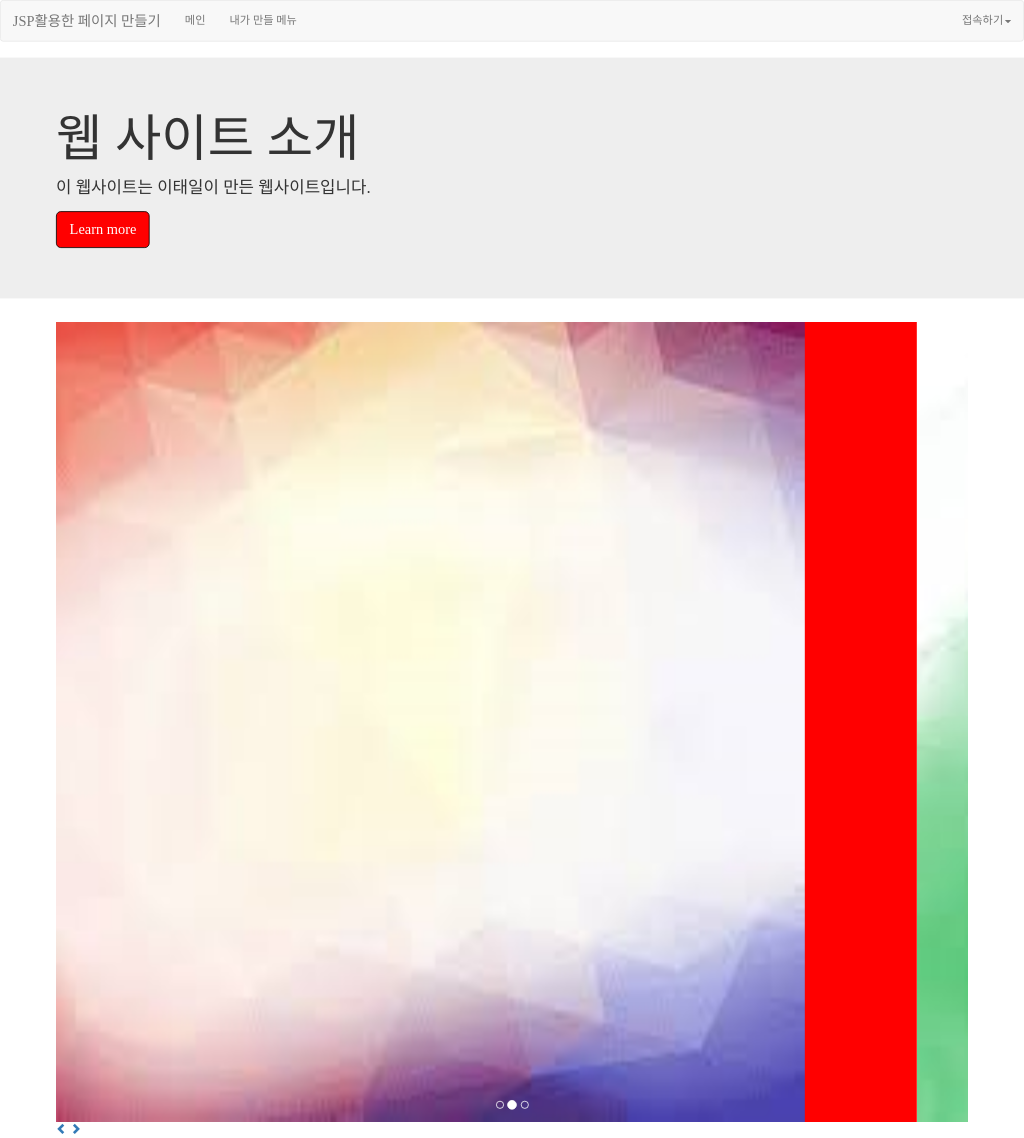
Repository: taeillee1/Newstudy
Page: http://localhost/SpringMVCJava/WEB-INF/views/mainpage.jsp
The author's editor kept a copy of each file at every save. The page is drawn from the files as they stood at one save, then again after the next save.
The browser window is 1280 px wide. The pictures show the whole page, at 80% of full size.
Some web fonts or font styles are not loaded; a fallback is used. Some web libraries are served in a nearby version. The page is served by Tomcat 9. Nobody is signed in. Other server files are loaded and not shown. The template is opened directly, without the code that normally fills it, so the values that code supplies are empty.

Above is the page before, as saved 2022-01-08 10:39:18.

### Newpage/SpringMVCJava/src/main/webapp/WEB-INF/views/mainpage.jsp
<%@ page language="java" contentType="text/html; charset=UTF-8"
    pageEncoding="UTF-8"%>
<%@ page import="java.io.PrintWriter" %>
<!DOCTYPE html>
<html>
<head>
<meta http-equiv="Content-Type" content="text/html; charset=UTF-8">
<meta name="viewport" content="width=device-width",initial-scale="1">
<link rel="stylesheet" type="text/css" href="https://stackpath.bootstrapcdn.com/bootstrap/3.1.1/css/bootstrap.min.css">
<link rel="stylesheet" type="text/css" href="css/onlymine.css">
<title>Insert title here</title>
<style>
	.hi{
		background-color:yellow;
		font-size:30px;
	}
</style>
</head>
<body>
	<%
		String userID=null;
		if(session.getAttribute("userID") != null){
			userID=(String)session.getAttribute("userID");
		}
	%>
	<nav class="navbar navbar-default">
		<div class="navbar-header">
			<a class="navbar-brand" href ="mainpage">JSP활용한 페이지 만들기</a>
			<button type="button" class="navbar-toggle collapsed" data-toggle="collapse"
			data-target="#bs-example-navbar-collapse-1" aria-expanded="false"> <!-- collapse는 숨기기 기능  -->
				<span class="icon-bar"></span>
				<span class="icon-bar"></span>
				<span class="icon-bar"></span>

			</button>
		</div>
		<div class="collapse navbar-collapse" id =bs-example-navbar-collapse-1>
			<ul class="nav navbar-nav">
				<li><a href="mainpage">메인</a></li>
				<li><a href="Mymenu">내가 만들 메뉴</a></li>
			</ul>

			<%
			if(userID==null){
			%>
			<ul class="nav navbar-nav navbar-right">
				<li class="dropdown">
					<a href="#" class="dropdown-toggle" data-toggle="dropdown" role="button" aria-haspopup="true"
					aria-expanded="false">접속하기<span class="caret"></span></a>
					<ul class="dropdown-menu">
						<li><a href="login">로그인</a></li>
						<li><a href="join">회원가입</a></li>
					</ul>
				</li>
			</ul>
			<%
				}else{
			%>
			<ul class="nav navbar-nav navbar-right">
				<li class="dropdown">
					<a href="#" class="dropdown-toggle" data-toggle="dropdown" role="button" aria-haspopup="true"
					aria-expanded="false">회원관리<span class="caret"></span></a>
					<ul class="dropdown-menu">
						<li class="hi"><a href="#"><%= userID %></a></li>
						<li><a href="logoutAction">로그아웃</a></li>

					</ul>
				</li>
			</ul>
			<%
				}
			%>

		</div>
	</nav>
	<div class="jumbotron">
		<div class="container">
			<h1>웹 사이트 소개</h1>
			<p>이 웹사이트는 이태일이 만든 웹사이트입니다.</p>
			<p><a class="btn btn-primary btn-lg" href="#" role="button" style = "background-color: red; border-color:black;">Learn more</a></p>
		</div>
	</div>
	<div class="container">
		<div id="myCarousel" class="carousel slide" data-ride="carousel">
		  <ol class="carousel-indicators">
			    <li data-target="#myCarousel" data-slide-to="0" class="active"></li>
			    <li data-target="#myCarousel" data-slide-to="1"></li>
			    <li data-target="#myCarousel" data-slide-to="2"></li>
		  </ol>
		  <div class="carousel-inner">
		    	<div class="item active" style="background-color : red;">
		      		<img src="image/im1.png">
		    	</div>
			    <div class="item">
			      	<img src="image/im2.png">
			    </div>
			    <div class="item">
			      	<img src="image/im3.png">
			    </div>
		  </div>
		  <a class="left control-control" href="#myCarousel" role="button" data-slide="prev">
			    <span class="glyphicon glyphicon-chevron-left"></span>

		  </a>
		  <a class="right control-control" href="#myCarousel" role="button" data-slide="next">
			    <span class="glyphicon glyphicon-chevron-right"></span>

		  </a>
	</div>
	</div>


	<script src="http://code.jquery.com/jquery-3.1.1.min.js"></script>
	<script src="js/bootstrap.js"></script>
</body>
</html>

### Newpage/SpringMVCJava/src/main/webapp/resources/css/onlymine.css
@import url(http://fonts.googleapis.com/earlyaccess/nanumgothic.css);
@import url(http://fonts.googleapis.com/earlyaccess/hanna.css);
*{
	font-family : 'Nanum Gothic';
}
h1{
	font-family : 'Hanna';
}

Loaded but not shown: Newpage/SpringMVCJava/src/main/webapp/resources/js/bootstrap.js (library)

After the next save:
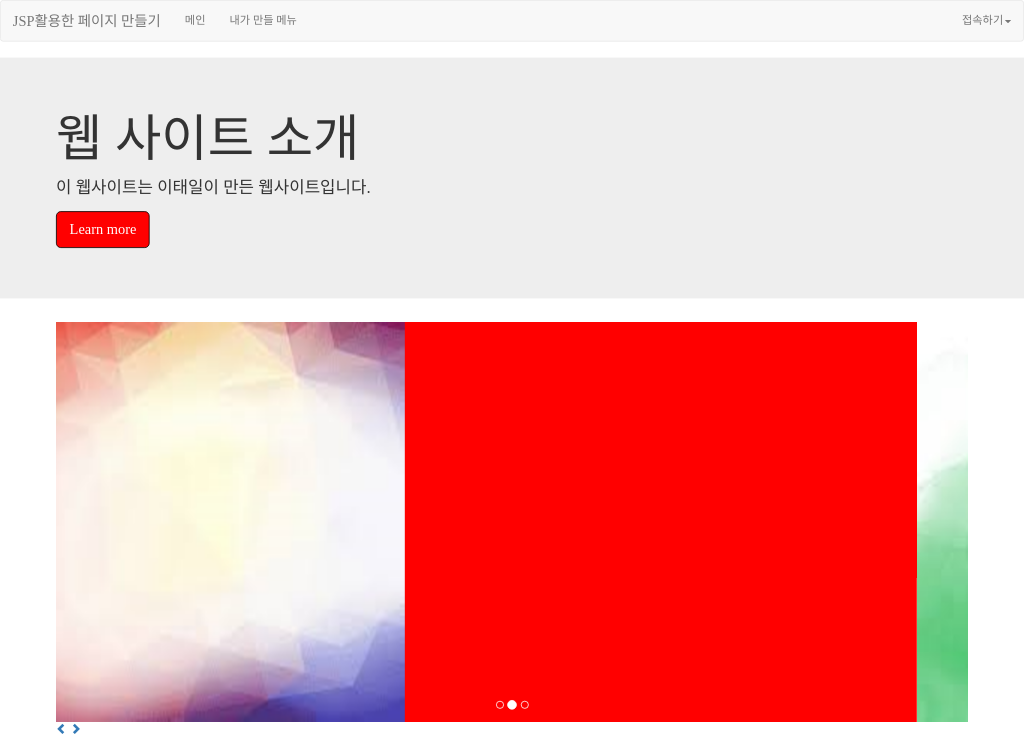
Saved 88 s later.
--- a/Newpage/SpringMVCJava/src/main/webapp/WEB-INF/views/mainpage.jsp
+++ b/Newpage/SpringMVCJava/src/main/webapp/WEB-INF/views/mainpage.jsp
@@ -89,22 +89,20 @@
 		  </ol>
 		  <div class="carousel-inner">
 		    	<div class="item active" style="background-color : red;">
-		      		<img src="image/im1.png">
+		      		<img src="image/im1.png" style="width:500px; height:500px;">
 		    	</div>
 			    <div class="item">
-			      	<img src="image/im2.png">
+			      	<img src="image/im2.png" style="width:500px; height:500px;">
 			    </div>
 			    <div class="item">
-			      	<img src="image/im3.png">
+			      	<img src="image/im3.png" style="width:500px; height:500px;">
 			    </div>
 		  </div>
 		  <a class="left control-control" href="#myCarousel" role="button" data-slide="prev">
 			    <span class="glyphicon glyphicon-chevron-left"></span>
-
 		  </a>
 		  <a class="right control-control" href="#myCarousel" role="button" data-slide="next">
 			    <span class="glyphicon glyphicon-chevron-right"></span>
-
 		  </a>
 	</div>
 	</div>
